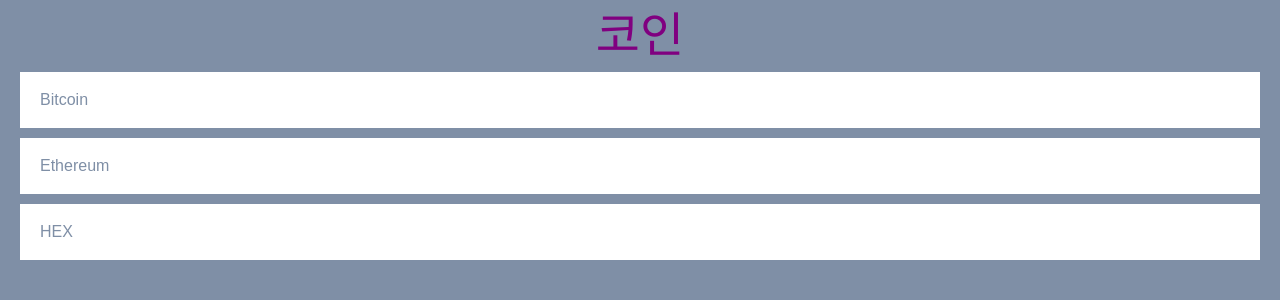
Repository: SeungYn/react-nomad
Page: / (app in cryptotracker/)
An editor plug-in stored every save of this project. The page is shown before and after the next save, followed by the edit.
The browser window is 1280 px wide. The pictures show the whole page.
The project was rebuilt for these pictures with package versions that can differ from the ones it lists, and the page was loaded fresh each time. Also part of the build but not shown: cryptotracker/src/routes/Coin.tsx.

Above is the page before, as saved 2023-01-04 12:49:31.

### cryptotracker/src/index.tsx
import React from 'react';
import ReactDOM from 'react-dom/client';
import './index.css';
import App from './App';
import { ThemeProvider } from 'styled-components';
import { theme } from './theme';
import Router from './Router';

const root = ReactDOM.createRoot(
  document.getElementById('root') as HTMLElement
);
root.render(
  <React.StrictMode>
    <ThemeProvider theme={theme}>
      <App />
    </ThemeProvider>
  </React.StrictMode>
);

### cryptotracker/src/App.tsx
import { createGlobalStyle } from 'styled-components';
import Router from './Router';

const GlobalStyle = createGlobalStyle`
@import url('https://fonts.googleapis.com/css2?family=Source+Sans+Pro:wght@300;400&display=swap');
  html, body, div, span, applet, object, iframe,
h1, h2, h3, h4, h5, h6, p, blockquote, pre,
a, abbr, acronym, address, big, cite, code,
del, dfn, em, img, ins, kbd, q, s, samp,
small, strike, strong, sub, sup, tt, var,
b, u, i, center,
dl, dt, dd, menu, ol, ul, li,
fieldset, form, label, legend,
table, caption, tbody, tfoot, thead, tr, th, td,
article, aside, canvas, details, embed,
figure, figcaption, footer, header, hgroup,
main, menu, nav, output, ruby, section, summary,
time, mark, audio, video {
  margin: 0;
  padding: 0;
  border: 0;
  font-size: 100%;
  font: inherit;
  vertical-align: baseline;
}
/* HTML5 display-role reset for older browsers */
article, aside, details, figcaption, figure,
footer, header, hgroup, main, menu, nav, section {
  display: block;
}
/* HTML5 hidden-attribute fix for newer browsers */
*[hidden] {
    display: none;
}
body {
  line-height: 1;
}
menu, ol, ul {
  list-style: none;
}
blockquote, q {
  quotes: none;
}
blockquote:before, blockquote:after,
q:before, q:after {
  content: '';
  content: none;
}
table {
  border-collapse: collapse;
  border-spacing: 0;
}

*{
  box-sizing: border-box;
}

body {
  font-family: 'Source Sans Pro', sans-serif;
  background-color: ${(props) => {
    console.log(props.theme.bgColor);
    return props.theme.bgColor;
  }};
  color:${(props) => props.theme.textColor}
}

a{
  text-decoration:none;
}
`;

function App() {
  return (
    <>
      <GlobalStyle />
      <Router />
    </>
  );
}

export default App;

### cryptotracker/src/theme.ts
import { DefaultTheme } from 'styled-components';

export const theme: DefaultTheme = {
  textColor: '#f5f6fa',
  bgColor: '#7f8fa6',
  accentColor: 'purple',
};

### cryptotracker/src/Router.tsx
import { BrowserRouter, Routes, Route } from 'react-router-dom';
import Coin from './routes/Coin';
import Coins from './routes/Coins';

export default function Router() {
  return (
    <BrowserRouter>
      <Routes>
        <Route path='/:coinId' element={<Coin />}></Route>
        <Route path='/' element={<Coins />}></Route>
      </Routes>
    </BrowserRouter>
  );
}

### cryptotracker/src/routes/Coins.tsx
import styled from 'styled-components';

const Container = styled.div`
  padding: 0px 20px;
`;

const Header = styled.header`
  height: 10vh;
  display: flex;
  justify-content: center;
  align-items: center;
`;

const CoinsList = styled.ul``;

const Coin = styled.li`
  background-color: white;
  color: ${(props) => props.theme.bgColor};
  margin-bottom: 10px;
  padding: 20px;
`;

const Title = styled.h1`
  font-size: 48px;
  color: ${(props) => props.theme.accentColor};
`;

const coins = [
  {
    id: 'btc-bitcoin',
    name: 'Bitcoin',
    symbol: 'BTC',
    rank: 1,
    is_new: false,
    is_active: true,
    type: 'coin',
  },
  {
    id: 'eth-ethereum',
    name: 'Ethereum',
    symbol: 'ETH',
    rank: 2,
    is_new: false,
    is_active: true,
    type: 'coin',
  },
  {
    id: 'hex-hex',
    name: 'HEX',
    symbol: 'HEX',
    rank: 3,
    is_new: false,
    is_active: true,
    type: 'token',
  },
];

export default function Coins() {
  return (
    <Container>
      <Header>
        <Title>코인</Title>
      </Header>
      <CoinsList>
        {coins.map((coin) => (
          <Coin key={coin.id}>{coin.name}</Coin>
        ))}
      </CoinsList>
    </Container>
  );
}

Loaded but not shown: cryptotracker/public/index.html (common file); cryptotracker/src/index.css (common file)

After the next save:
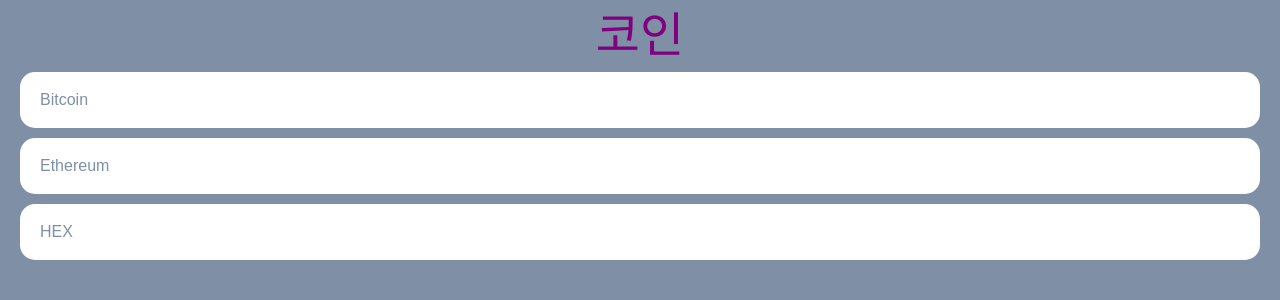
Saved 9 s later.
--- a/cryptotracker/src/routes/Coins.tsx
+++ b/cryptotracker/src/routes/Coins.tsx
@@ -18,6 +18,7 @@
   color: ${(props) => props.theme.bgColor};
   margin-bottom: 10px;
   padding: 20px;
+  border-radius: 15px;
 `;
 
 const Title = styled.h1`
